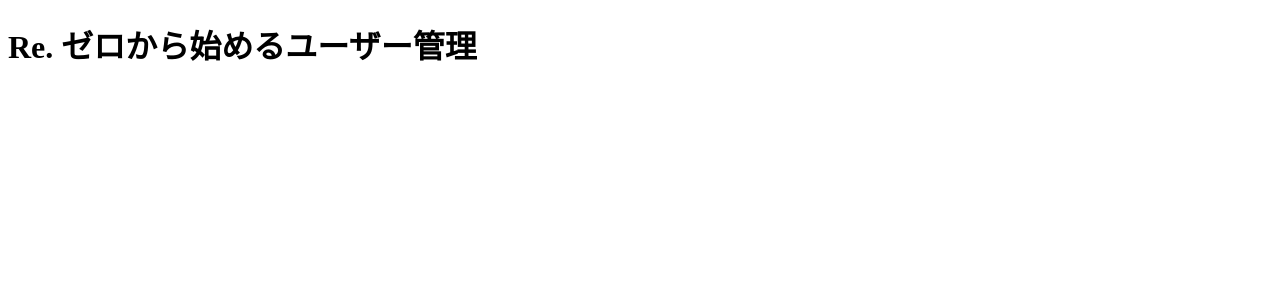
Repository: ShunsukeTanizaki/sqlite_api_lesson
Page: app/public/index.html
The author's editor kept a copy of each file at every save. The page is drawn from the files as they stood at one save, then again after the next save.
The browser window is 1280 px wide. The pictures show the whole page.

Above is the page before, as saved 2021-01-28 22:57:54.

After the next save:
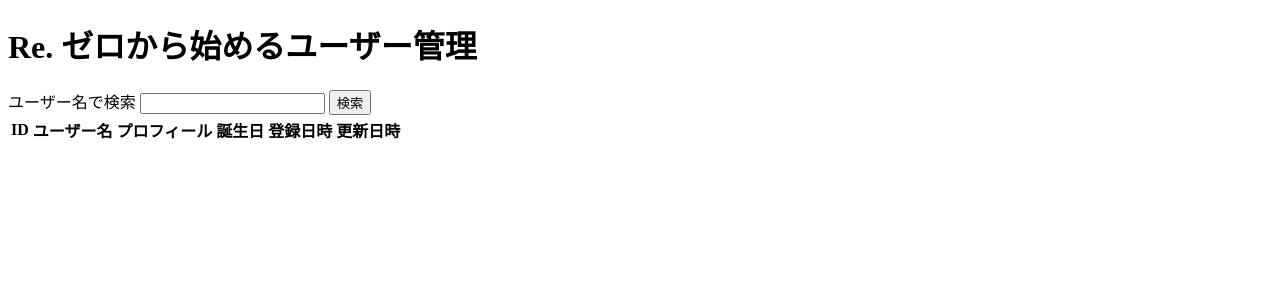
Saved 15 min 5 s later.
--- a/app/public/index.html
+++ b/app/public/index.html
@@ -9,6 +9,20 @@
 <body>
     <main>
         <h1>Re. ゼロから始めるユーザー管理</h1>
+        <label for="search">ユーザー名で検索</label>
+    <input type="search" id="search">
+    <button id="search-btn">検索</button>
+    <table>
+        <th>ID</th>
+        <th>ユーザー名</th>
+        <th>プロフィール</th>
+        <th>誕生日</th>
+        <th>登録日時</th>
+        <th>更新日時</th>
+    </table>
+    <tbody id="users-list">
+
+    </tbody>
     </main>
 </body>
 </html>
